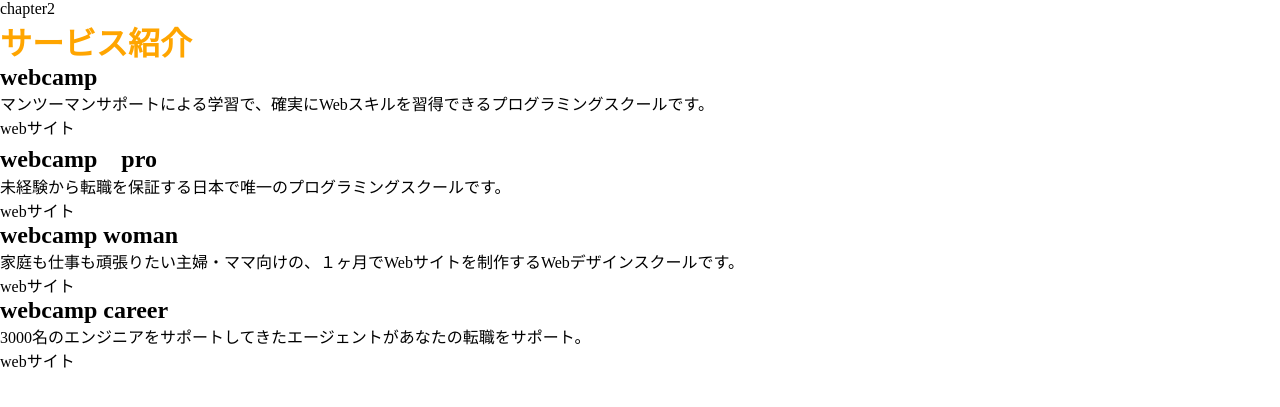
Repository: YuraTajima/DMM-all
Page: chapter2/chapter2.html
The author's editor kept a record of every edit. The page is drawn from the files as they stood at one moment, then again after the next edit.
The browser window is 1280 px wide. The pictures show the whole page.

Above is the page before.

### chapter2/chapter2.html
<!DOCTYPE html>
<html lang="ja">

  <head>

    <meta charset="UTF-8" />

    <link rel="stylesheet" href="chapter2.css" />

    <time>chapter2</time>

  </head>

  <body>

    <h1>サービス紹介</h1>


    <h2>webcamp</h2>

    <p>マンツーマンサポートによる学習で、確実にWebスキルを習得できるプログラミングスクールです。</p>

    <a>webサイト</a>


    <h2>webcamp　pro</h2>

    <p>未経験から転職を保証する日本で唯一のプログラミングスクールです。</p>

    <a>webサイト</a>


    <h2>webcamp woman</h2>

    <p>家庭も仕事も頑張りたい主婦・ママ向けの、１ヶ月でWebサイトを制作するWebデザインスクールです。</p>

    <a>webサイト</a>


    <h2>webcamp career</h2>

    <p>3000名のエンジニアをサポートしてきたエージェントがあなたの転職をサポート。</p>

    <a>webサイト</a>

  </body>

</html>

### chapter2/chapter2.css
*{
  margin: 0;
  padding: 0;
  box-sizing: border-box;
}

h1{
  color: orange;
}

After the next edit:
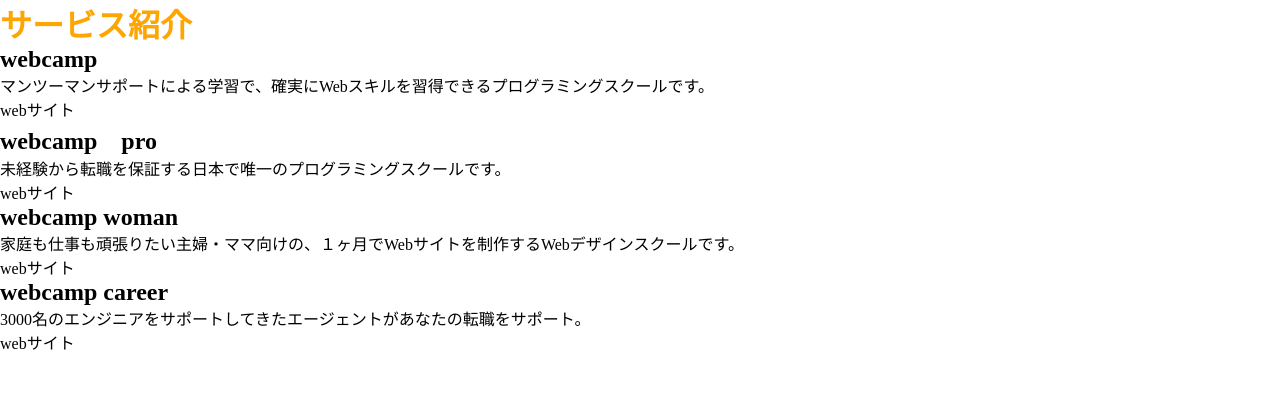
The edit:
--- a/chapter2/chapter2.html
+++ b/chapter2/chapter2.html
@@ -5,9 +5,10 @@
 
     <meta charset="UTF-8" />
 
+
+
     <link rel="stylesheet" href="chapter2.css" />
 
-    <time>chapter2</time>
 
   </head>
 
